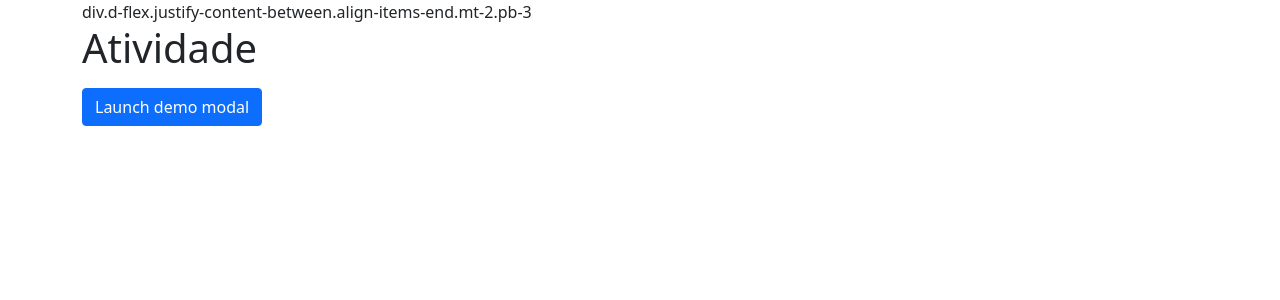
Repository: faribeiro/react-dotnetcore-efcore
Page: / (app in front/pro-atividade-app/)
The author's editor kept a copy of each file at every save. The page is drawn from the files as they stood at one save, then again after a run of saves.
The browser window is 1280 px wide. The pictures show the whole page.
The page's requests for data from a server got no answer. The project was rebuilt for these pictures with package versions that can differ from the ones it lists, and the page was loaded fresh each time. No one was signed in, and anything a server would have sent is missing. Also part of the build but not shown: front/pro-atividade-app/src/components/AtividadeForm.js, front/pro-atividade-app/src/components/Atividade.js.

Above is the page before, as saved 2023-10-24 15:11:52.

After the next 2 saves:
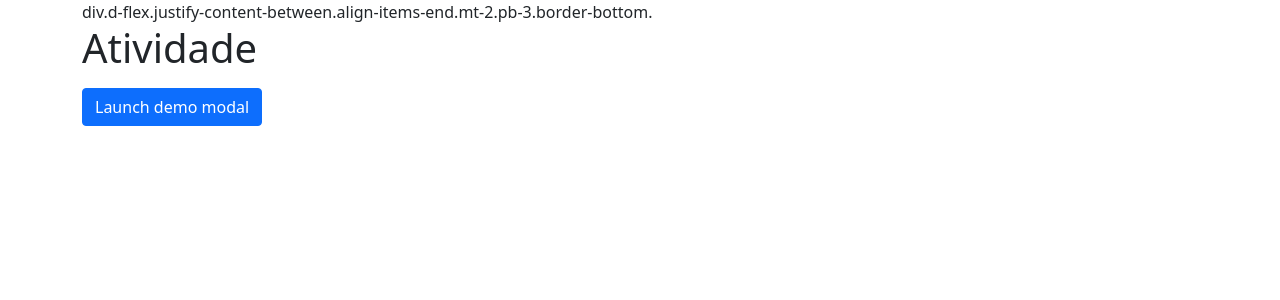
The 2 saves are shown as one change because they came seconds apart.
The last was saved 9 s later.
--- a/front/pro-atividade-app/src/App.js
+++ b/front/pro-atividade-app/src/App.js
@@ -62,7 +62,7 @@ function App() {
 
   return (
     <>
-      div.d-flex.justify-content-between.align-items-end.mt-2.pb-3
+      div.d-flex.justify-content-between.align-items-end.mt-2.pb-3.border-bottom.
       <h1>Atividade {atividade.id !== 0 ? atividade.id : ''}</h1>
       <AtividadeLista
         atividades={atividades}
